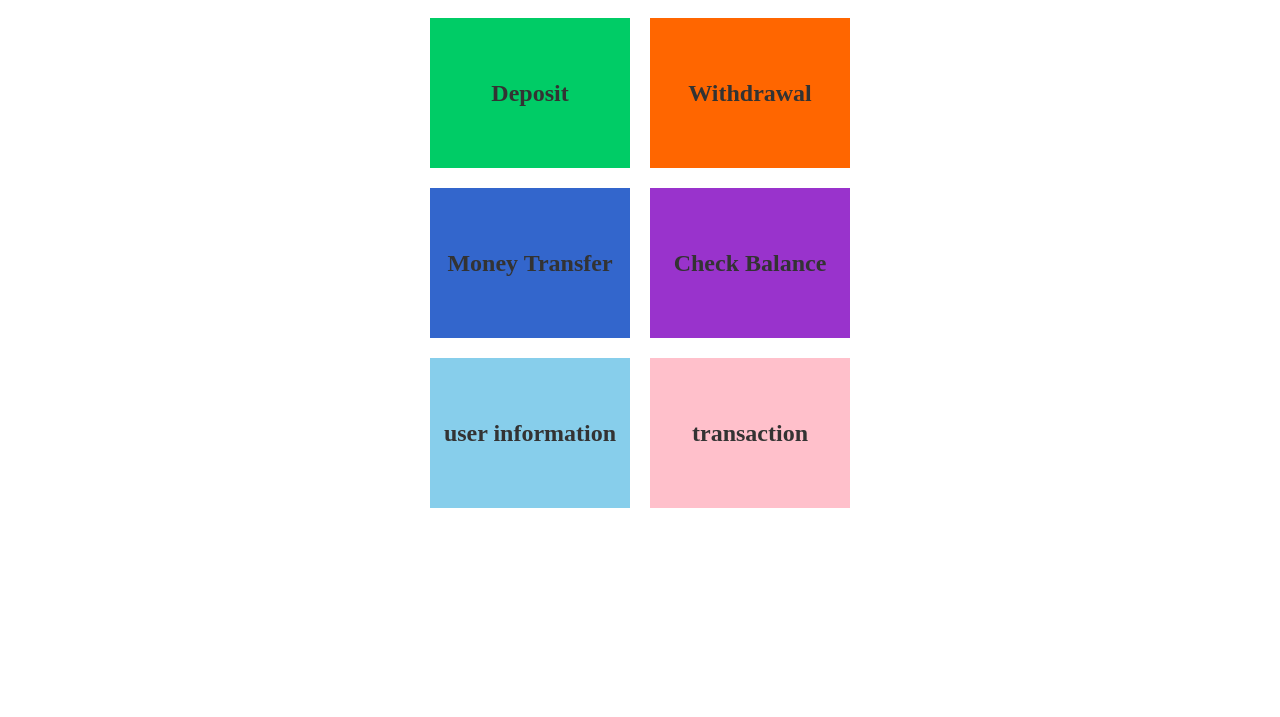
Repository: HT13M19/kuldeep
Page: GGGG/Demo2/src/main/webapp/midden.html
An editor plug-in stored every save of this project. The page is shown before and after the next save, followed by the edit.
The browser window is 1280 px wide. The pictures show the whole page.

Above is the page before, as saved 2023-09-22 16:28:49.

After the next save:
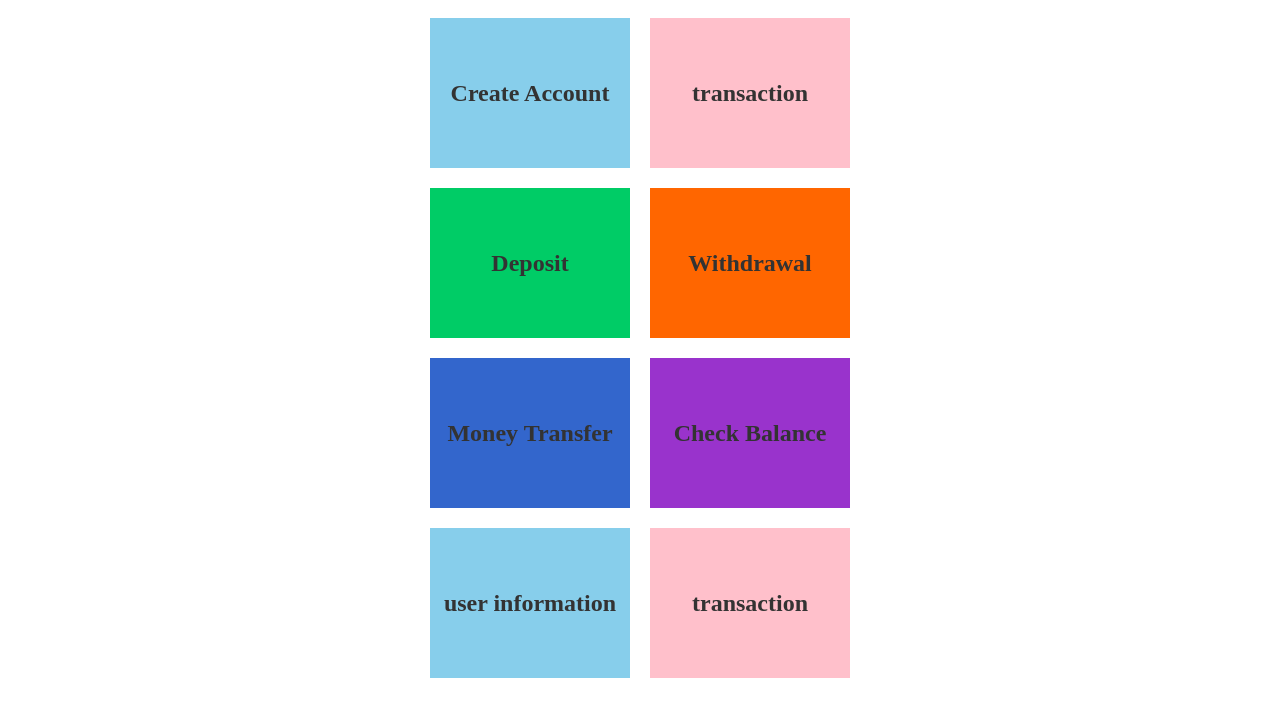
Saved 4 min 31 s later.
--- a/GGGG/Demo2/src/main/webapp/midden.html
+++ b/GGGG/Demo2/src/main/webapp/midden.html
@@ -44,6 +44,10 @@
 </head>
 <body>
 	<div class="container">
+		<a href="CreateAccount.jsp" class="box User">Create Account</a>
+		<a href="#" class="box transaction">transaction</a>
+	</div>
+	<div class="container">
 		<a href="Deposit.jsp" class="box deposit">Deposit</a>
 		<a href="withdrawal.jsp" class="box withdrawal">Withdrawal</a>
 	</div>
